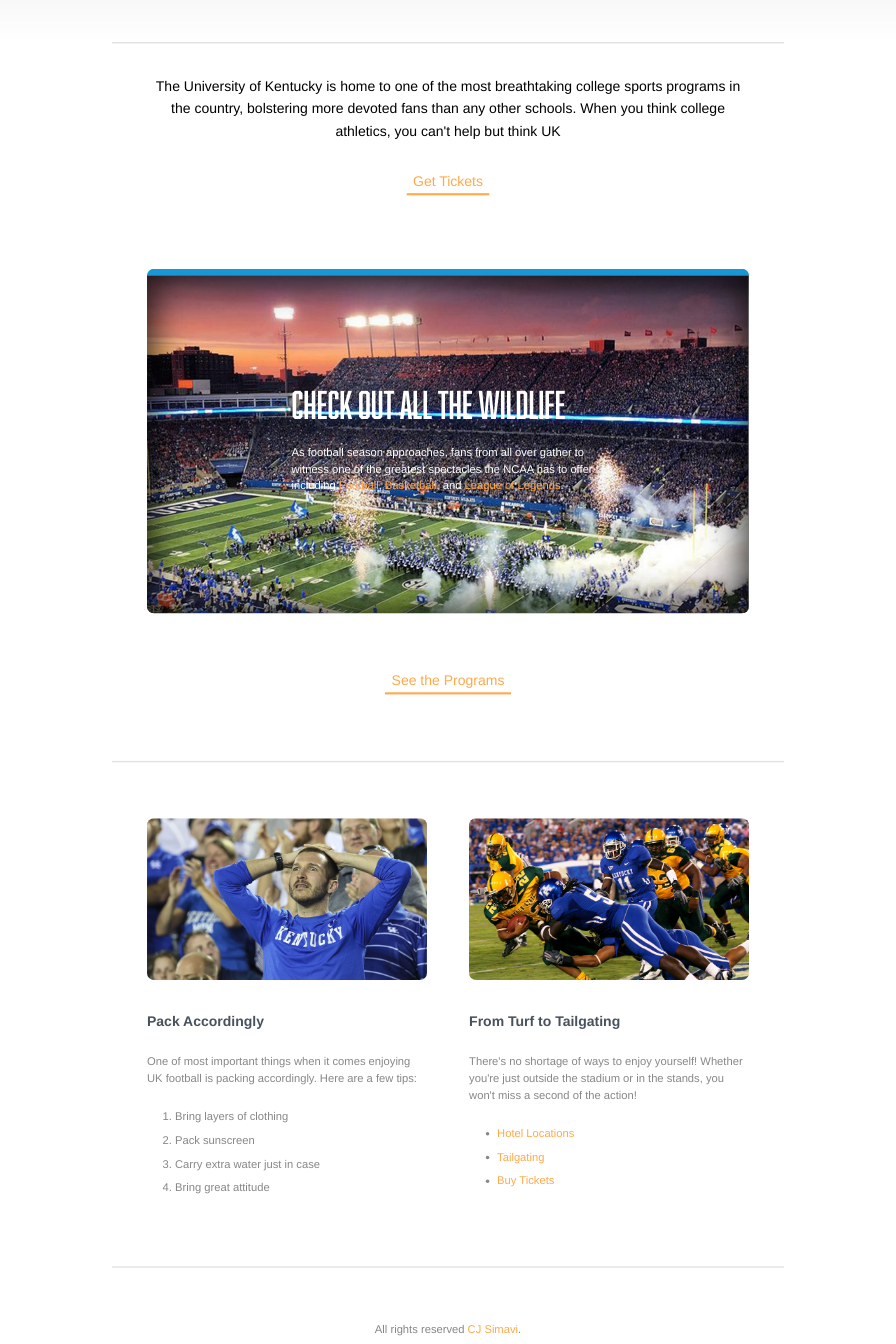
Repository: CalamityJayen/sportsball
Page: index.html
The author's editor kept a record of every edit. The page is drawn from the files as they stood at one moment, then again after the next edit.
The browser window is 1280 px wide. The pictures show the part of the page from y = 790 to 2710 px (the page is 2811 px tall), at 70% of full size.
Pictures or frames that could not be fetched are drawn as grey boxes.

Above is the page before.

After the next edit:
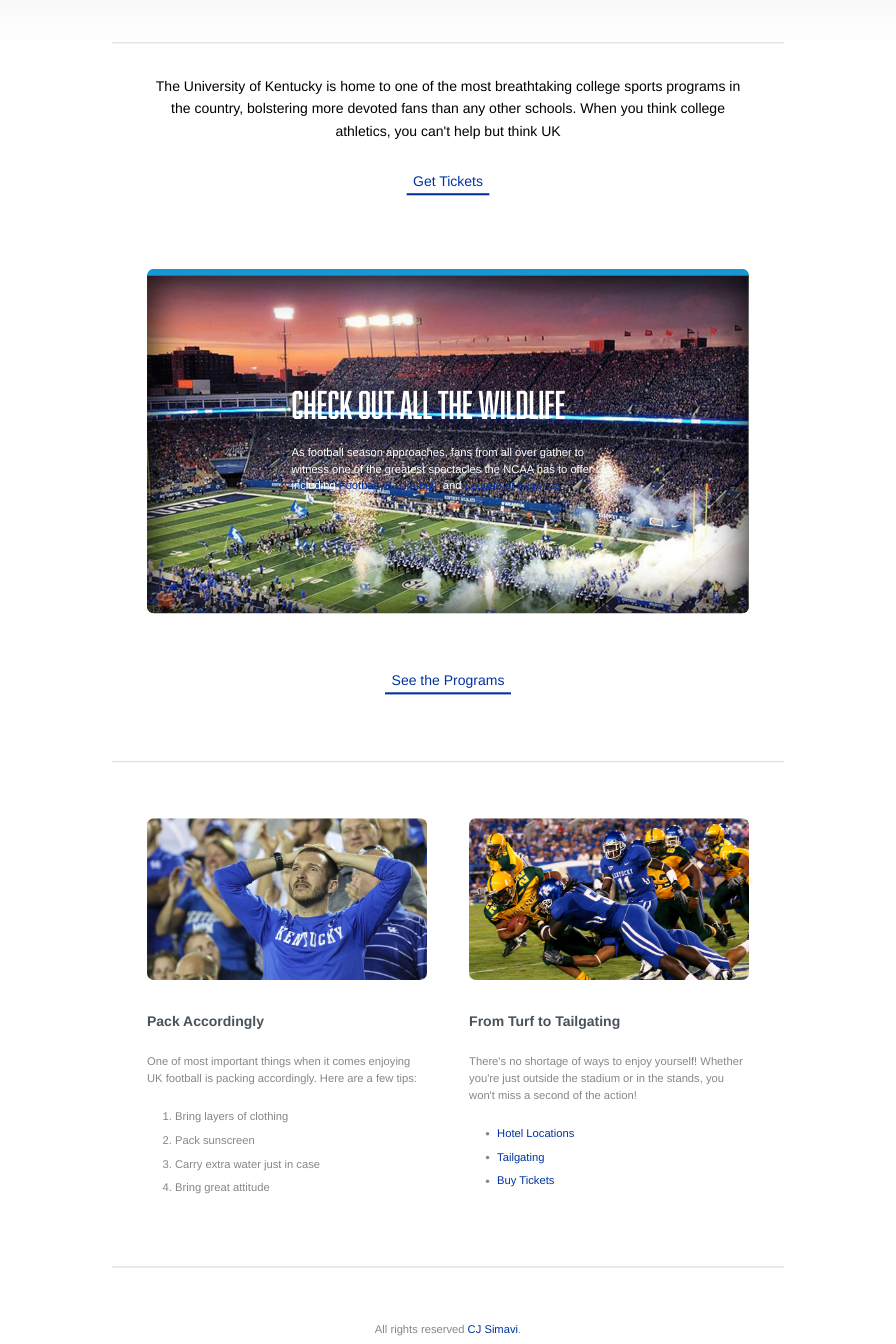
The edit:
--- a/css/style.css
+++ b/css/style.css
@@ -66,7 +66,7 @@
 /* Pseudo-classes ------------------ */
 
 a:link {
-  color: rgb(255, 169, 73);
+  color: #0033A0;
   text-decoration: none;
 }
 
